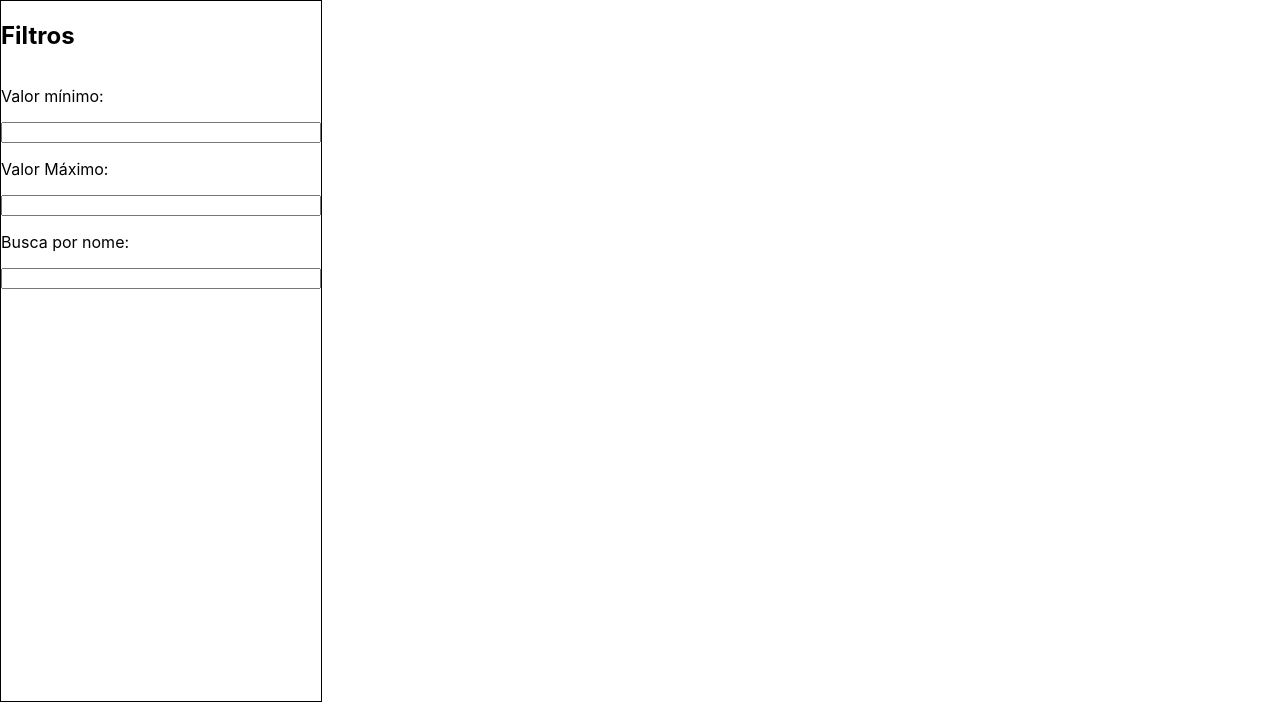
Repository: future4code/Shaw-labe-commerce9
Page: /
These files come from the project's save history. The page is drawn as it stood at one moment and after the next save; the edit follows.
The browser window is 1280 px wide. The pictures show the whole page.
The project was rebuilt for these pictures with package versions that can differ from the ones it lists, and the page was loaded fresh each time. Also part of the build but not shown: src/App.css.

Above is the page before, as saved 2022-03-30 16:30:21.

After the next save:
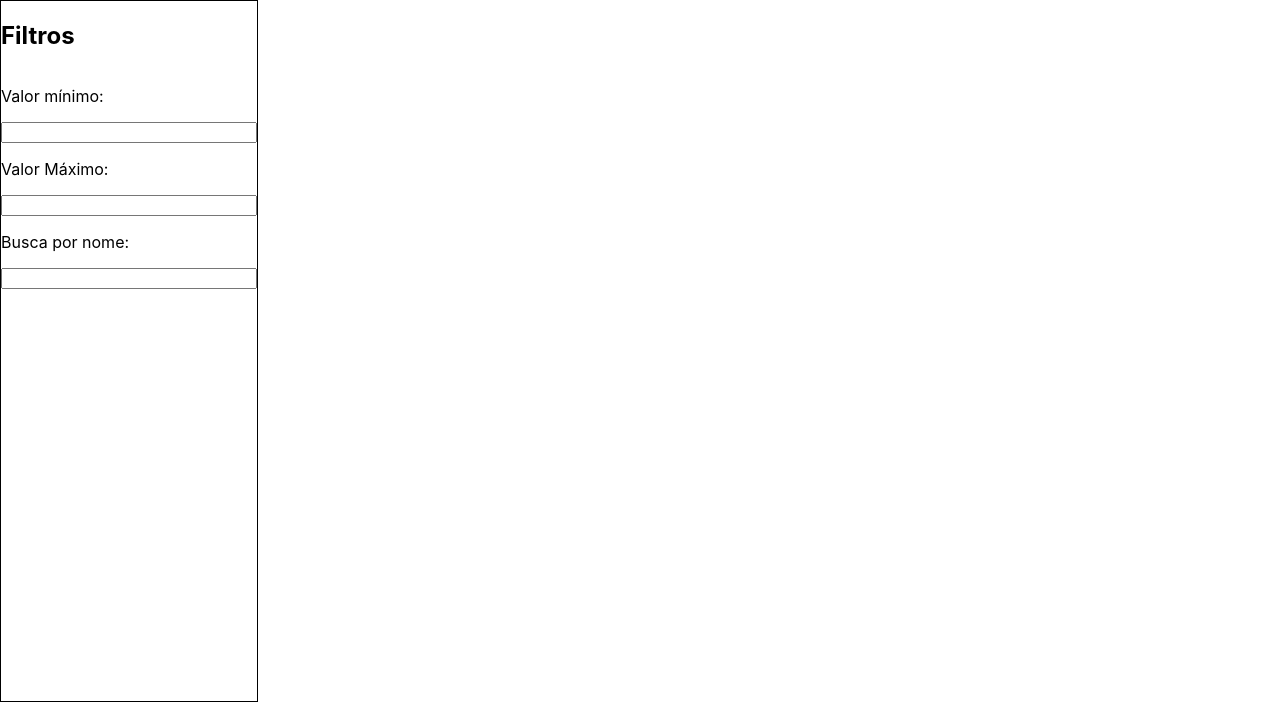
Saved 56 s later.
--- a/src/components/filtro.jsx
+++ b/src/components/filtro.jsx
@@ -6,7 +6,7 @@ const ContainerFiltro =styled.div`
 display: flex;
 flex-direction: column;
 justify-content: flex-start;
-width: 25%;
+width: 20%;
 border: 1px solid black;
 height:700px;
 
